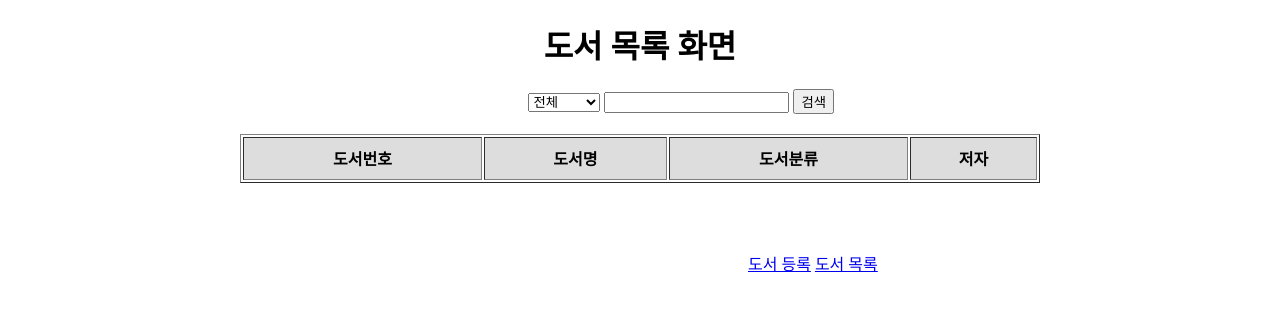
Repository: Niftrone/Kosa_Webs
Page: http://localhost/Workshop08/book/bookList.jsp
An editor plug-in stored every save of this project. The page is shown before and after the next save, followed by the edit.
The browser window is 1280 px wide. The pictures show the whole page.
The page is served by Tomcat 9. Other server files are loaded and not shown. The template is opened directly, without the code that normally fills it, so the values that code supplies are empty.

Above is the page before, as saved 2025-07-07 09:30:51.

### Workshop08/src/main/webapp/book/bookList.jsp
<%@ page language="java" contentType="text/html; charset=UTF-8"
    pageEncoding="UTF-8"%>
<%@ taglib prefix="c" uri="http://java.sun.com/jsp/jstl/core" %>

<!DOCTYPE html>
<html>
<head>
	<meta charset="UTF-8">
	<title>Insert title here</title>
	<style>
        h1 {
            text-align: center;
        }
        form {
            text-align: right;
            margin-right: 438px;
        }
        table {
            width: 800px;
            margin: 20px auto;
            text-align:center;
        }
        tr {
            height: 43px;
        }
        th{
            background: #ddd;
        }
        .center{
        	margin-left: 740px;
        	padding-top: 30px;
        }
    </style>
    <script	src="https://ajax.googleapis.com/ajax/libs/jquery/3.6.0/jquery.min.js"></script>
    <script>
    	$(function(){
    		$(".detail-link").on('click', function(e){
    			e.preventDefault();
    			const isbn = $(this).data('isbn');

                $.ajax({
                    type:"get",
                    url:"${pageContext.request.contextPath}/front.do",
                    data: {
                        command: "detail",
                        isbn: isbn,
                    },
                    success:function(book){
                         if(book && !book.error){
                            const html = `
                                <font color=crimson>
                                    Book 상세보기 출력 - 제목 : \${book.title}, 출판사 : \${book.publisher}, 저자 : \${book.author}
                                </font>
                            `
                            $('#detailResult').html(html);
                         }else{
                        	$('#detailResult').html("정보 없음");
                         }
                    },
                    error:function(){
                        alert("실패");
                    }
                })
    		})
    	})
    </script>
</head>
<body>
	<h1>도서 목록 화면</h1>
    <form action="${pageContext.request.contextPath}/front.do">
    	<input type="hidden" name="command" value="search">
        <select name="searchSelect">
            <option disabled selected>전체</option>
            <option value="title">도서명</option>
            <option value="catalogue">도서분류</option>
            <option value="author">저자</option>
        </select>
        <input type="text" name="searchText">
        <input type="submit" value="검색">
    </form>
    <table border="1">
        <tr>
            <th>도서번호</th>
            <th>도서명</th>
            <th>도서분류</th>
            <th>저자</th>
        </tr>

        <c:forEach items="${list}" var="book">
			<tr>
				<td>${book.isbn}</td>
				<td><a href="#" class="detail-link" data-isbn="${book.isbn}">${book.title}</a></td>
				<td>${book.catalogue}</td>
				<td>${book.author}</td>
			</tr>
		</c:forEach>
    </table>
    <span class="center" id="detailResult"></span>
    <div class="center">
    <a href="./book/Book.html">도서 등록</a>
    <a href="${pageContext.request.contextPath}/front.do?command=bookList">도서 목록</a>
	</div>
</body>
</html>

After the next save:
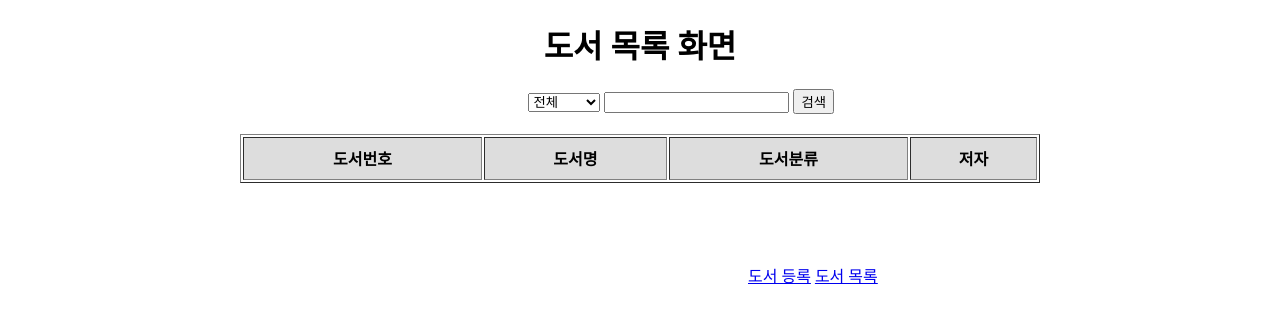
Saved 12 s later.
--- a/Workshop08/src/main/webapp/book/bookList.jsp
+++ b/Workshop08/src/main/webapp/book/bookList.jsp
@@ -95,7 +95,7 @@
 			</tr>
 		</c:forEach>
     </table>
-    <span class="center" id="detailResult"></span>
+    <div class="center" id="detailResult"></div>
     <div class="center">
     <a href="./book/Book.html">도서 등록</a>
     <a href="${pageContext.request.contextPath}/front.do?command=bookList">도서 목록</a>
